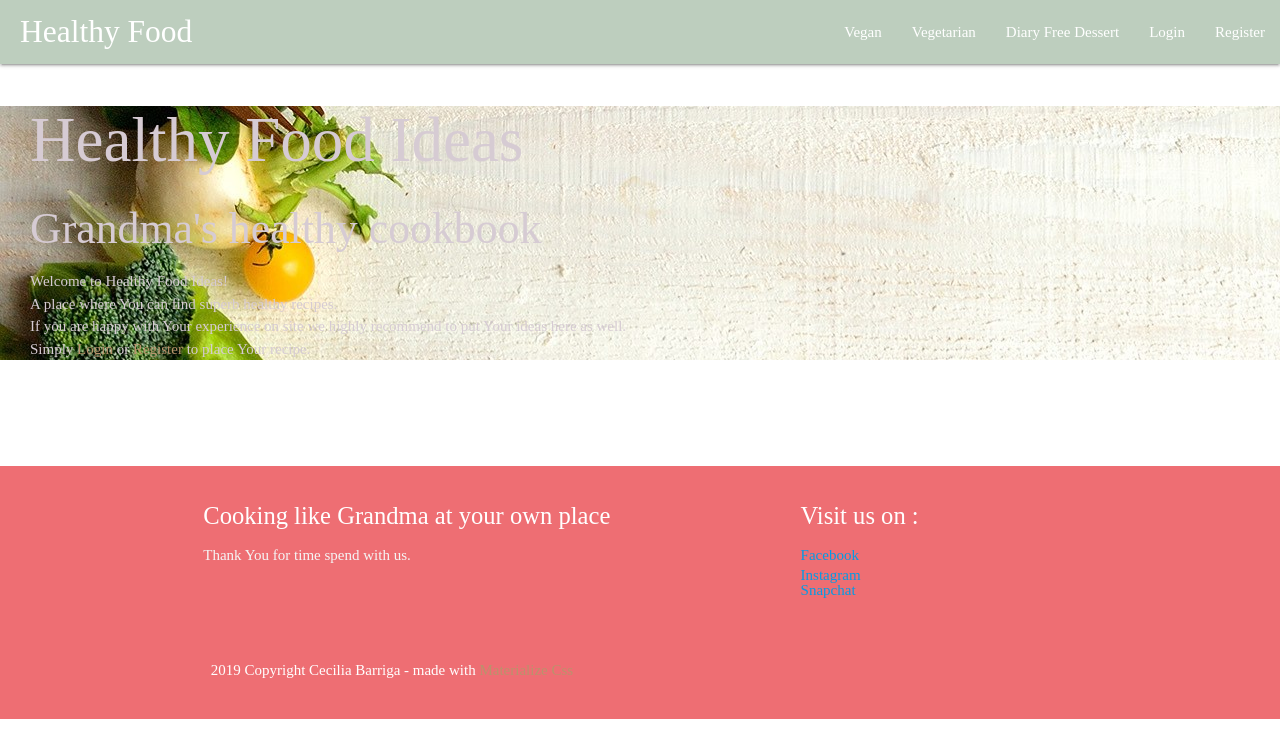
Repository: cesole/cookbook
Page: http://localhost/
The author's editor kept a record of every edit. The page is drawn from the files as they stood at one moment, then again after the next edit.
The browser window is 1280 px wide. The pictures show the whole page.
The page is served by the project's application, run on Flask 3 (app.py).

Above is the page before.
Console error: TypeError: Cannot read properties of undefined (reading 'offsetHeight')

### templates/index.html
{% extends 'base.html'%}
{% block content %}
<div class="parallax">
    <div class="index-container">
        <h1>Healthy Food Ideas</h1>
        <h3>Grandma's healthy cookbook</h3>
       <p class="index">Welcome to Healthy Food Ideas!<br>A place where You can find superb healthy recipes.<br>
                                                    If you are happy with Your experience on site we highly recommend to put Your ideas here as well.<br>
                                                    Simply <a class="orange-text text-lighten-3" href="{{url_for('login')}}">Login</a> or <a class="orange-text text-lighten-3" href="{{url_for('register')}}">Register</a> to place Your recipe.</p>
    </div>
</div>
{% endblock %}

### templates/base.html
<!DOCTYPE html>
<html lang="en">
<head>
    <meta charset="UTF-8">
    <meta name="viewport" content="width=device-width, initial-scale=1.0">

    <link href="https://fonts.googleapis.com/icon?family=Material+Icons" rel="stylesheet">
    <!-- Compiled and minified CSS -->
    <link rel="stylesheet" href="{{ url_for('static', filename='css/materialize.min.css') }}" type="text/css" />
    <link href="https://stackpath.bootstrapcdn.com/font-awesome/4.7.0/css/font-awesome.min.css" rel="stylesheet" integrity="sha384-wvfXpqpZZVQGK6TAh5PVlGOfQNHSoD2xbE+QkPxCAFlNEevoEH3Sl0sibVcOQVnN" crossorigin="anonymous">
    <link href="https://fonts.googleapis.com/css?family=Indie+Flower&display=swap" rel="stylesheet">
    <link rel="stylesheet" href="{{ url_for('static', filename='css/style.css') }}" type="text/css" />


    <title>Cookbook</title>
</head>

<body class="container-fluid">
    <nav>
        <div class="nav-wrapper">
            <a href="{{url_for('index')}}" class="brand-logo">Healthy Food</a>
            <a href="#" data-target="mobile-demo" class="sidenav-trigger"><i class="material-icons">menu</i></a>
            <ul class="right hide-on-med-and-down">
                {% if session.username %}
                <li>Hello, {{ session.username }}!</li>
                {% endif %}
                <li><a href="{{url_for('vegan')}}">Vegan</a></li>
                <li><a href="{{url_for('vegetarian')}}">Vegetarian</a></li>
                <li><a href="{{url_for('dessert')}}">Diary Free Dessert</a></li>
                {% if not session.username %}
                <li><a href="{{url_for('login')}}">Login</a></li>
                <li><a href="{{url_for('register')}}">Register</a></li>
                {% else %}
                <li><a href="{{url_for('get_my_recipes')}}">My Recipes</a></li>
                <li><a href="{{url_for('logout')}}">Logout</a></li>
                {% endif %}
            </ul>
        </div>
        <ul class="sidenav" id="mobile-demo">
            {% if session.username %}
            <li>Hello, {{ session.username }}!</li>
            {% endif %}
            <li><a href="{{url_for('vegan')}}">Vegan</a></li>
            <li><a href="{{url_for('vegetarian')}}">Vegetarian</a></li>
            <li><a href="{{url_for('dessert')}}">Diary Free Dessert</a></li>
            {% if not session.username %}
            <li><a href="{{url_for('login')}}">Login</a></li>
            <li><a href="{{url_for('register')}}">Register</a></li>
            {% else %}
            <li><a href="{{url_for('get_my_recipes')}}">My Recipes</a></li>
            <li><a href="{{url_for('logout')}}">Logout</a></li>
            {% endif %}
        </ul>
    </nav>

    <div class="container-fluid">
        <main>{% block content %}{% endblock %}</main>
    </div>

    <footer class="page-footer">
        <div class="container">
            <div class="row">
                <div class="col l6 s12">
                    <h5 class="white-text">Cooking like Grandma at your own place</h5>
                    <p class="grey-text text-lighten-4">Thank You for time spend with us.</p>
                </div>
                <div class="col l4 offset-l2 s12">
                    <h5 class="white-text">Visit us on :</h5>
                    <ul>
                      <li><a class="social-media" href="https://www.facebook.com/" target=_blank>Facebook</a><i class="fa fa-facebook-square"></li>
                      <li><a class="social-media" href="https://www.instagram.com/" target=_blank>Instagram</a><i class="fa fa-instagram"></li>
                      <li><a class="social-media" href="https://www.snapchat.com/" target=_blank>Snapchat</a><i class="fa fa-snapchat-square"></i></li>
                    </ul>
                </div>
            </div>
            <div class="copyright">
                <div class="row">
            © 2019 Copyright Cecilia Barriga - made with <a class="orange-text text-lighten-3" href="https://materializecss.com/" target=_blank>Materialize Css</a>
            </div>
            </div>
        </div>
    </footer>


    <script src="https://code.jquery.com/jquery-3.3.1.slim.min.js" integrity="sha384-q8i/X+965DzO0rT7abK41JStQIAqVgRVzpbzo5smXKp4YfRvH+8abtTE1Pi6jizo" crossorigin="anonymous"></script>
    <!-- Compiled and minified JavaScript -->
    <script src="https://cdnjs.cloudflare.com/ajax/libs/materialize/1.0.0/js/materialize.min.js"></script>

    <script>
        $(document).ready(function(){
            $('.sidenav').sidenav();
            $('.parallax').parallax();
            $('.carousel').carousel();
            $('.slider').slider();
            $('select').formSelect();
          });
    </script>

</body>
</html>

### app.py
import os
from flask import Flask, render_template, flash, redirect, request, url_for, session, make_response, current_app
from flask_pymongo import PyMongo
import pymongo
from pymongo import MongoClient
from bson.objectid import ObjectId
import json
from datetime import datetime
from functools import update_wrapper


app = Flask(__name__)
app.config["MONGO_DBNAME"] = 'task_manager'
app.config["MONGO_URI"] = os.getenv('MONGO_URI', 'mongodb://localhost')
app.config['SECRET_KEY'] = "cooking_book"


mongo = PyMongo(app)




@app.route('/')
@app.route('/index')
def index():
    return render_template('index.html')

@app.route('/vegan')
def vegan():
    return render_template('vegan.html',
                            meals=mongo.db.meals.find())

@app.route('/vegetarian')
def vegetarian():
    return render_template('vegetarian.html',
                            meals=mongo.db.meals.find())

@app.route('/dessert')
def dessert():
    return render_template('dessert.html',
                            meals=mongo.db.meals.find())

@app.route('/login', methods=["POST", "GET"])
def login():
    users = mongo.db.users
    login_user = users.find_one({"username" : request.form.get("username", False)})
    if login_user:
        if (request.form['pass']) == login_user['password']:
            session['username'] = request.form['username']
            return redirect(url_for('index'))
        flash('Invalid username/password combination')

    return render_template('login.html')




@app.route('/register', methods=["POST", "GET"])
def register():
    if request.method == "POST":
        users = mongo.db.users
        existing_user = users.find_one({"username" : request.form['username']})
        if existing_user is None:
            users.insert({'username' : request.form['username'],
                            'password' : request.form['pass']
            })
            session['username'] = request.form['username']
            return redirect(url_for('index'))
        flash("Username already exist! Try again!")
    return render_template('register.html')


@app.route('/get_my_recipes', methods=['GET', 'POST'])
def get_my_recipes():
    if not 'username' in session:
        return redirect('/get_login')
    else:
        recipes = mongo.db.meals.find()
        return render_template('user_recipes.html',
                           username=session['username'],
                           recipes=recipes)

@app.route('/add_recipe')
def add_recipe():
    return render_template('add_recipe.html',
                            categories=mongo.db.categories.find(),
                            images=mongo.db.images.find())


@app.route('/insert_recipe', methods=['POST'])
def insert_recipe():
    meals =  mongo.db.meals
    meals.insert_one(request.form.to_dict())
    return render_template('user_recipes.html')


@app.route('/delete_recipe/<meal_id>')
def delete_recipe(recipe_id):

    mongo.db.recipes.remove({'_id': ObjectId(recipe_id)})
    return redirect(url_for('get_my_recipes'))



@app.route('/edit_recipe/<meal_id>')
def edit_meal(meal_id):
    the_meal =  mongo.db.meal.find_one({"_id": ObjectId(meal_id)})
    all_categories =  mongo.db.categories.find()
    return render_template('edit_recipe.html', meal=the_meal,
                           categories=all_categories)

@app.route('/logout')
def logout():
    session.clear()
    return redirect(url_for('index'))

@app.route('/recipe/<meal_id>', methods=['GET', 'POST'])
def recipe(meal_id):
    the_meal =  mongo.db.meals.find_one({"_id": ObjectId(meal_id)})
    return render_template('recipe.html', meal=the_meal)

if __name__ == '__main__':
    app.run(host=os.environ.get('IP'),
            port=int(os.environ.get('PORT')),
            debug=True)

### static/css/style.css
.parallax {
    background-image: url('static/images/background.jpg');
}

nav .nav-wrapper {
    position: relative;
    height: 100%;
    background-color: #bdcebe !important;
    color: white;
}

.index-container {
    margin-left: 30px;
    color: #d6cbd3;
}

.brand-logo {
    font-family: 'Beth Ellen', cursive;
    margin-left: 20px;
}

html {
    font-family: 'Beth Ellen', cursive;
}

.description {
    font-size: 1.5rem;
}

main {
    min-height: 50vh;
}

form {
    margin-top: 50px;
}

.meals {
    padding-top: 50px;
}

span.card-title {
    background-color: #d68d057a;
    width: 100%;
    padding: 10px !important;
}

.card-content {
    height: 100px;
}

/* Caption styles */

.caption {
    background-color: rgba(0, 0, 0, 0.1);
}

/* parallax styles */
.grey-text.text-darken-3 {
    color: white !important;
    text-align: center;
}

.white {
    background-color: #bdcebe !important;
    color: white;
    text-align: center;
}

/* end of style */

/* carousel style */

.carousel {
    height: 250px;
}

/* end of styles */

.input-field label {
    color: black;
}

.input-field input[type=text],
.input-field input[type=password],
.input-field input[type=email]{
    border-bottom: 1px solid black;
    box-shadow: 0 1px 0 0 black;
}

.switch label {
    color: black;
}

textarea.materialize-textarea {
    border-bottom: 1px solid black;
    box-shadow: 0 1px 0 0 black;
}

label.active {
    color: yellow !important;
}


}
.page-footer {
    background-color: #bdcebe !important;
}

img.responsive-img {
    max-width: 70%;
    height: auto;
}

}
.title-image {
    background-image: url('static/images/background.jpg');
}

.flashes {
    text-align: center;
    font-size: 2rem;
}


.orange-text.text-lighten-3 {
    color: #b9936c !important;
}


.fa-instagram:before {
    display: none !important;
}

.fa-facebook-square:before{
    display: none !important;
}

.fa-snapchat-square:before {
    display: none !important;
}

/* MEDIA STYLE */

@media (max-width: 768px) {
    nav .brand-logo {
        font-size: 1rem;
    }
}

Loaded but not shown: static/css/materialize.min.css (library)

After the next edit:
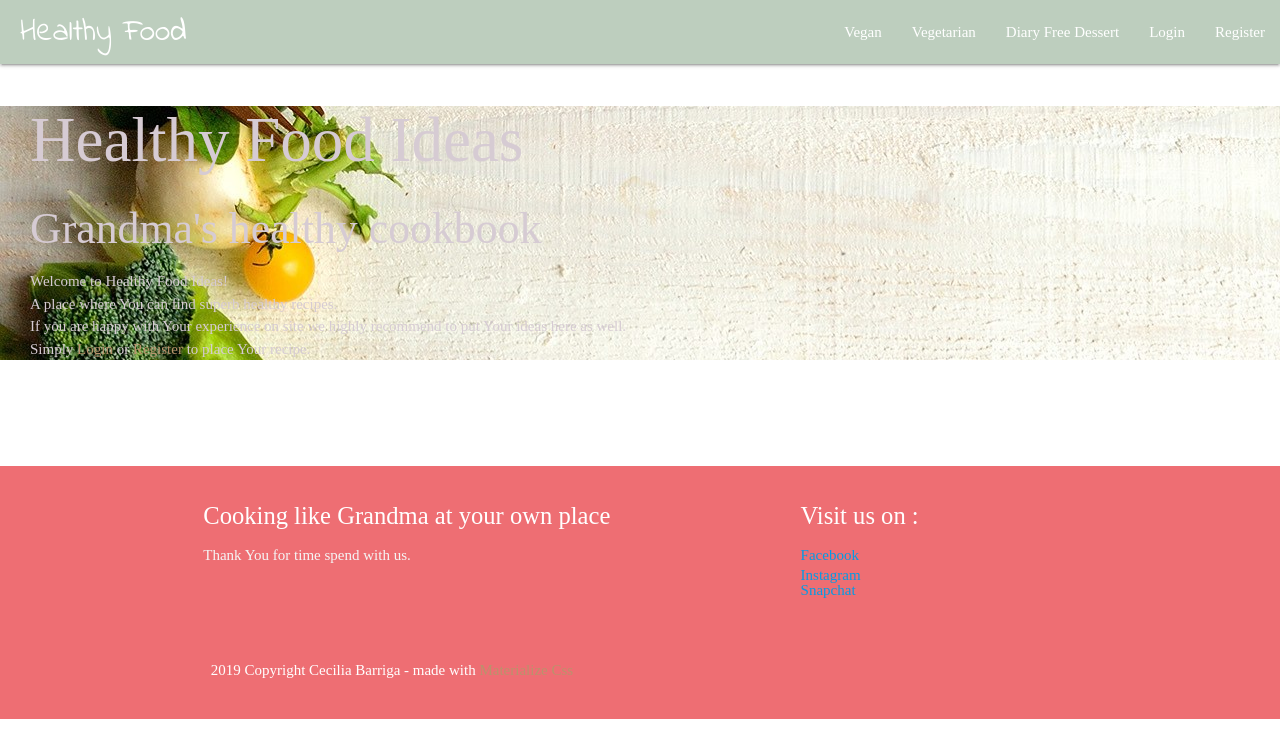
The edit:
--- a/static/css/style.css
+++ b/static/css/style.css
@@ -15,7 +15,7 @@
 }
 
 .brand-logo {
-    font-family: 'Beth Ellen', cursive;
+    font-family: 'Indie Flower', cursive;
     margin-left: 20px;
 }
 
